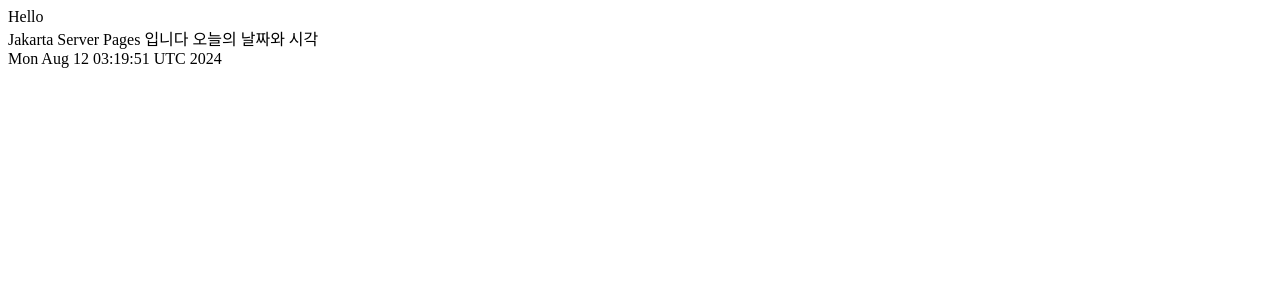
Repository: 6dreamhigh/jsp
Page: http://localhost/JSPBook/ch05/out.jsp
These files come from the project's save history. The page is drawn as it stood at one moment and after the next save; the edit follows.
The browser window is 1280 px wide. The pictures show the whole page.
The page is served by Tomcat 9.

Above is the page before, as saved 2024-08-13 02:10:26.

After the next save:
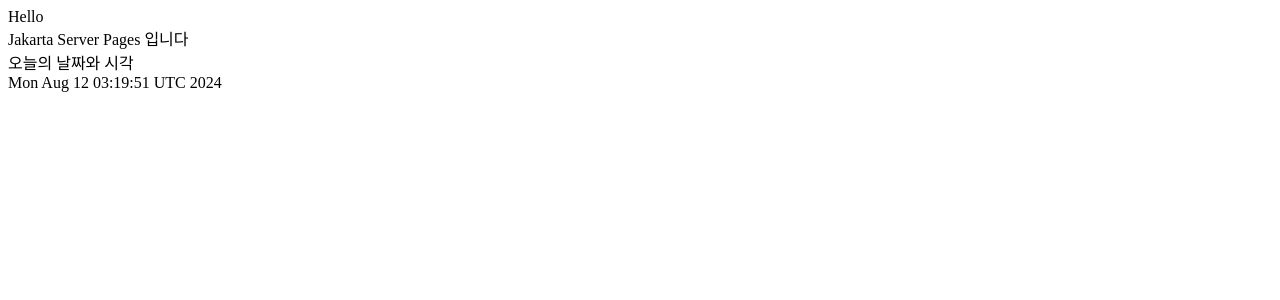
Saved 16 s later.
--- a/JSPBook/src/main/webapp/ch05/out.jsp
+++ b/JSPBook/src/main/webapp/ch05/out.jsp
@@ -9,7 +9,7 @@
 <body>
 	<%
 		out.println("Hello"+"<br>");
-		out.println("Jakarta Server Pages 입니다");
+		out.println("Jakarta Server Pages 입니다"+"<br>");
 		out.println("오늘의 날짜와 시각"+"<br>");
 		out.println(java.util.Calendar.getInstance().getTime());
 	%>
